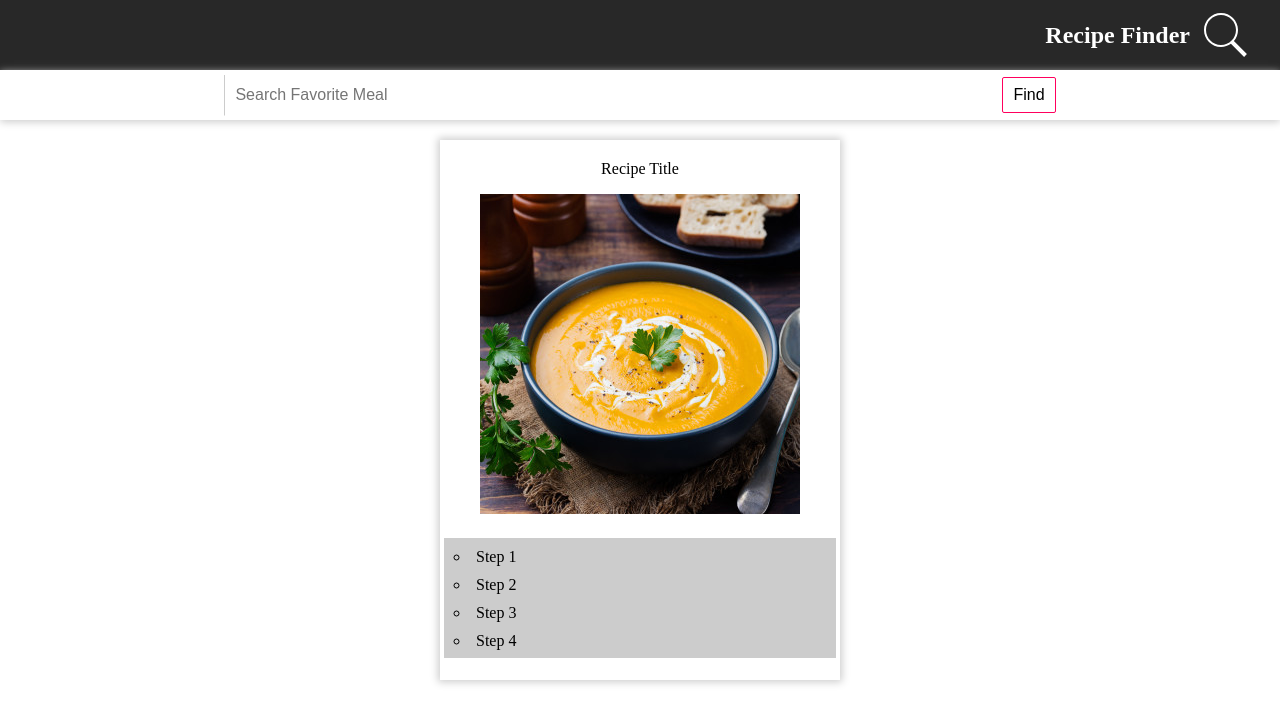
Repository: burntaftermint/recipes
Page: index.html
The author's editor kept a copy of each file at every save. The page is drawn from the files as they stood at one save, then again after the next save.
The browser window is 1280 px wide. The pictures show the whole page.
The pointer rests on the first visible `.recipe`.

Above is the page before, as saved 2023-11-06 05:04:14.

### index.html
<!DOCTYPE html>
<html lang="en">
<head>
    <meta charset="UTF-8">
    <meta name="viewport" content="width=device-width, initial-scale=1.0">
    <title>Recipe Finder</title>
</head>
<body>
    <header>
        <h2>Recipe Finder</h2>
        <link rel="stylesheet" href="style.css">
        <img src="images/search.svg" alt="Search">
    </header>
    <section class="container">
        <div class="search">
            <input type="text" placeholder="Search Favorite Meal" autofocus>
            <button class="btn">Find</button>
        </div>
        <div id="recipe-container">
            <div class="recipe">
                <div class="recipe-title">Recipe Title</div>
                <div class="recipe-imge">
                    <img src="images/recipe.jpeg" alt="Recipe">
                </div>


        <div class="recipe-text">
            <ul>
                <li>Step 1</li>
                <li>Step 2</li>
                <li>Step 3</li>
                <li>Step 4</li>
                <li>Step 5</li>
            </ul>
        </div>
    </div>
</div>
    </section>
</body>
</html>

### style.css
:root {
    --light-color: #fff;
    --dark-color: #282828;
    --header-height: 70px;
    --search-height: 50px;
    --border-color: #ccc;
}
* {
    margin: 0;
    padding: 0;
    box-sizing: border-box;
}

body {
    height: 100vh;
    width: 100vw;
    background: var(--light-color);
}

.container {
    text-align: center;
    height: calc(100vh - var(--header-height));
}

header {
    height: var(--header-height);
    background: var(--dark-color);
    display: flex;
    align-items: center;
    justify-content: flex-end;
    color: var(--light-color);
    gap: 10px;
    padding-right: 30px;
}

header img {
    filter: invert(1);
}

.search {
    display: flex;
    justify-content: center;
    align-items: center;
    height: var(--search-height);
    gap: 10px;
    box-shadow: 0px 2px 8px 0px var(--border-color);
}

.search input[type="text"] {
    padding: 8px 10px;
    line-height: 1.5;
    font-size: 1rem;
    border: none;
    border-left: 1px solid var(--border-color);
    border-bottom: 1px solid transparent;
    outline: none;
    transition: all 200ms ease-in-out;
    width: 60%;

}

.search input[type="text"] :focus {
    border-left-color: transparent;
    border-bottom-color: var(--border-color);
    width: 61%;
}

.btn {
    padding: 8px 10px;
    background: transparent;
    border-radius: 2px;
    user-select: none;
    font-size: 1rem;
    border: 1px solid #ff005d;
    cursor: pointer;
}

.btn:hover {
    background: #ff005d;
    border-color: var(--light-color);
}

#recipe-container {
    display: flex;
    justify-content: center;
    align-items: flex-start;
}

.recipe {
    height: 400px;
    width: 400px;
    padding: 4px;
    box-shadow: 0px 0px 8px 2px var(--border-color);
    margin: 20px;
}

.recipe-title {
    height: 50px;
    display: flex;
    align-items: center;
    justify-content: center;
    font-size: 1rem;
}

.recipe-image {
    height: 210px;
}

.recipe-image img {
    height: 100%;
    width: 100%;
}

.recipe-text {
    height: 0px;
    visibility: hidden;
    opacity: 0;
    transition: all 200ms ease-in-out;
    background: #ccc;
    margin-top: 20px;
    overflow: hidden;
    overflow-y: auto;
    transform: scale(.8);
}

.recipe-text ul {
    list-style-type: circle;
    list-style-position: inside;
    text-align: left;
    padding: 5px;
}

.recipe-text ul > li {
    padding: 5px;
}

.recipe:hover .recipe-text {
    height: 120px;
    visibility: visible;
    opacity: 1;
    transform: scale(1);
}

.recipe:hover{
    height: 540px;
}

After the next save:
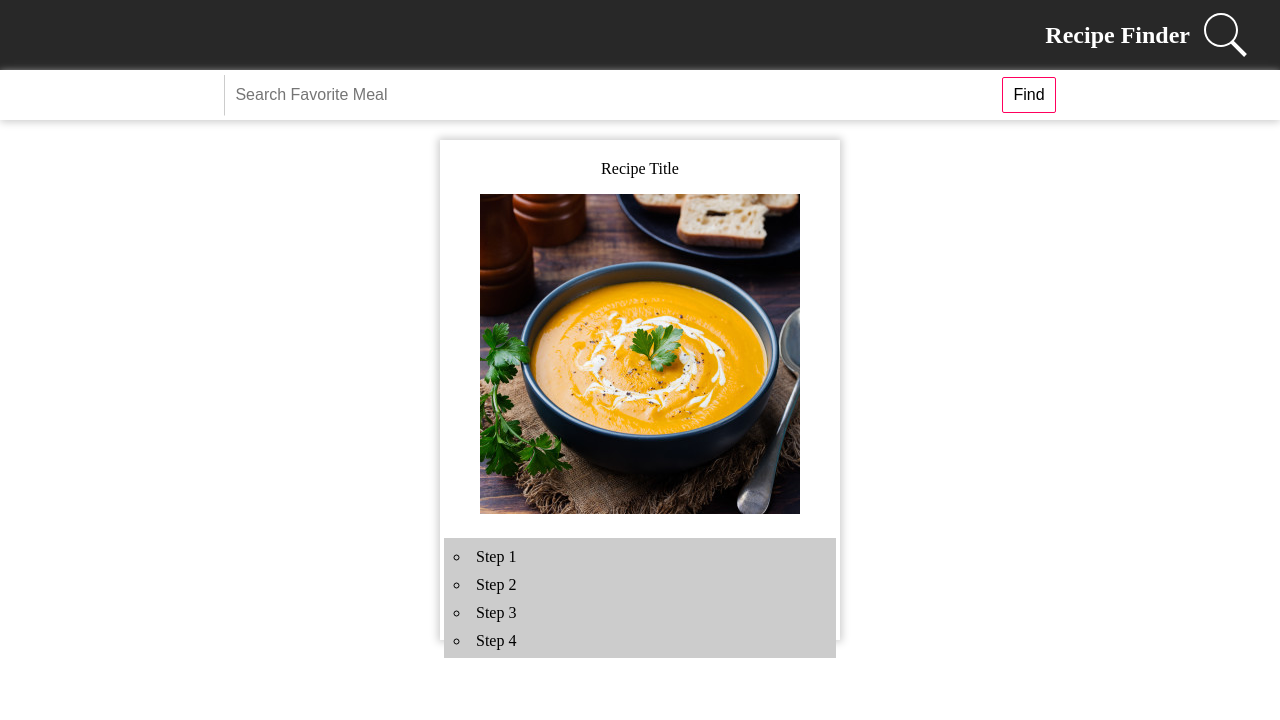
Saved 15 s later.
--- a/style.css
+++ b/style.css
@@ -142,5 +142,5 @@ header img {
 }
 
 .recipe:hover{
-    height: 540px;
+    height: 500px;
 }
